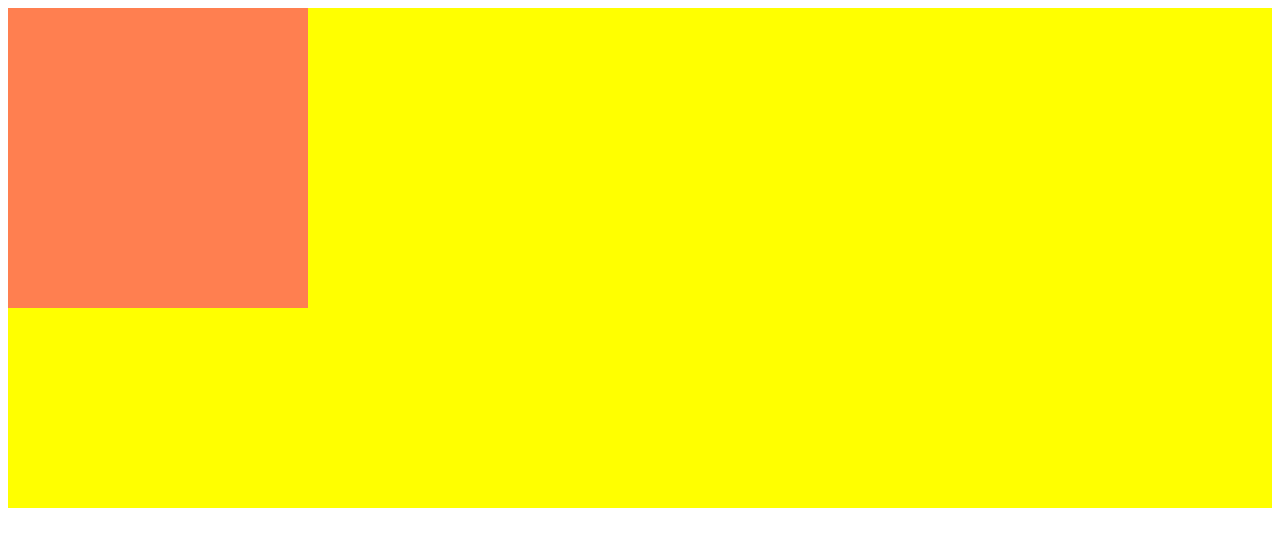
Repository: hminah0215/bitcamp
Page: http://localhost/day0217b/exam02/ex12.jsp
The author's editor kept a copy of each file at every save. The page is drawn from the files as they stood at one save, then again after the next save.
The browser window is 1280 px wide. The pictures show the whole page.
The page is served by Tomcat 9.

Above is the page before, as saved 2020-02-17 06:53:56.

### save_eclipse/day0217b/WebContent/exam02/ex12.jsp
<%@ page language="java" contentType="text/html; charset=UTF-8"
    pageEncoding="UTF-8"%>
<!DOCTYPE html>
<html>
<head>
<meta charset="UTF-8">
<title>Insert title here</title>
<style type="text/css">
	#parent{
		width: 100%;
		height: 500px;
		background: yellow;
	}
	#child{
		width: 300px;
		height: 300px;
		background: coral;

	}

</style>
</head>
<body>
	<div id="parent">
		<div id="child"></div>
	</div>
</body>
</html>

After the next save:
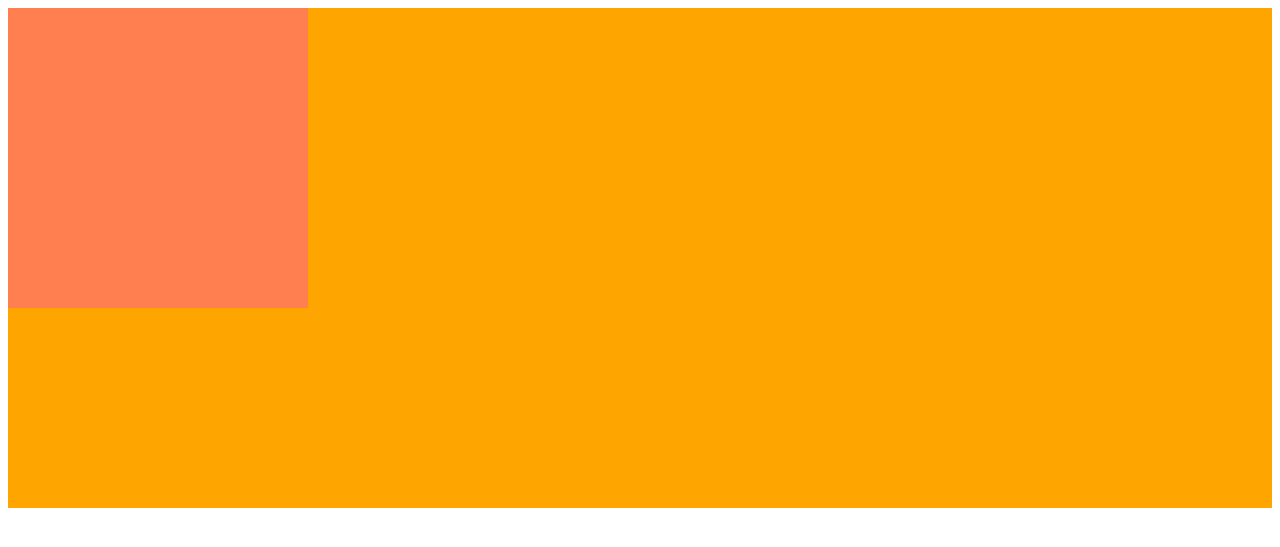
Saved 67 s later.
--- a/save_eclipse/day0217b/WebContent/exam02/ex12.jsp
+++ b/save_eclipse/day0217b/WebContent/exam02/ex12.jsp
@@ -9,7 +9,7 @@
 	#parent{
 		width: 100%;
 		height: 500px;
-		background: yellow;
+		background: orange;
 	}
 	#child{
 		width: 300px;
